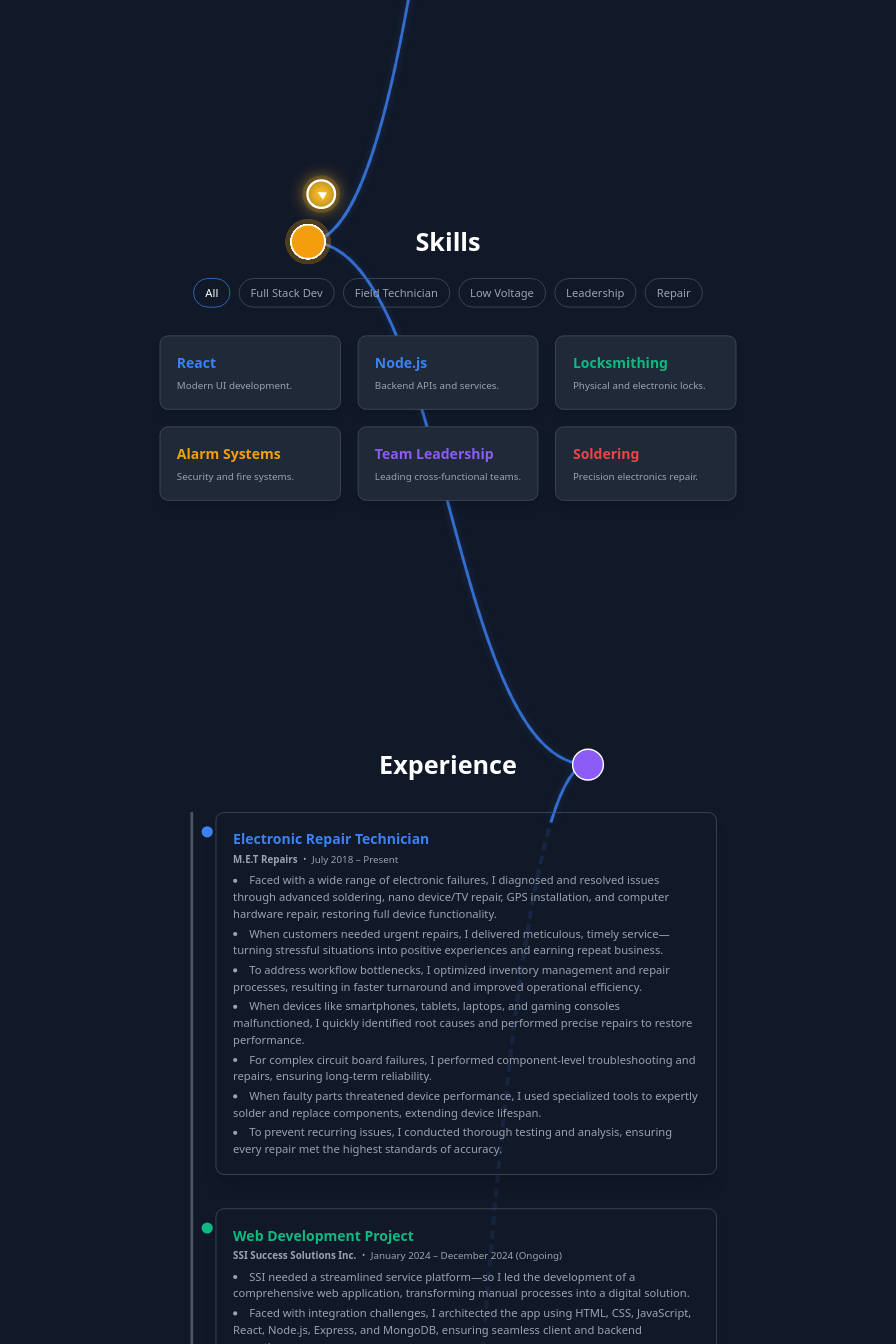
Repository: Mrguru2024/MyResumeSite
Page: /
The author's editor kept a copy of each file at every save. The page is drawn from the files as they stood at one save, then again after the next save.
The browser window is 1280 px wide. The pictures show the part of the page from y = 2086 to 4006 px (the page is 9659 px tall before and 9893 px after), at 70% of full size.
The project was rebuilt for these pictures with package versions that can differ from the ones it lists, and the page was loaded fresh each time. The framework's server and built-in components were replaced by stand-ins that run in the browser. Also part of the build but not shown: next.config.mjs.

Above is the page before, as saved 2025-05-11 18:36:00.

After the next save:
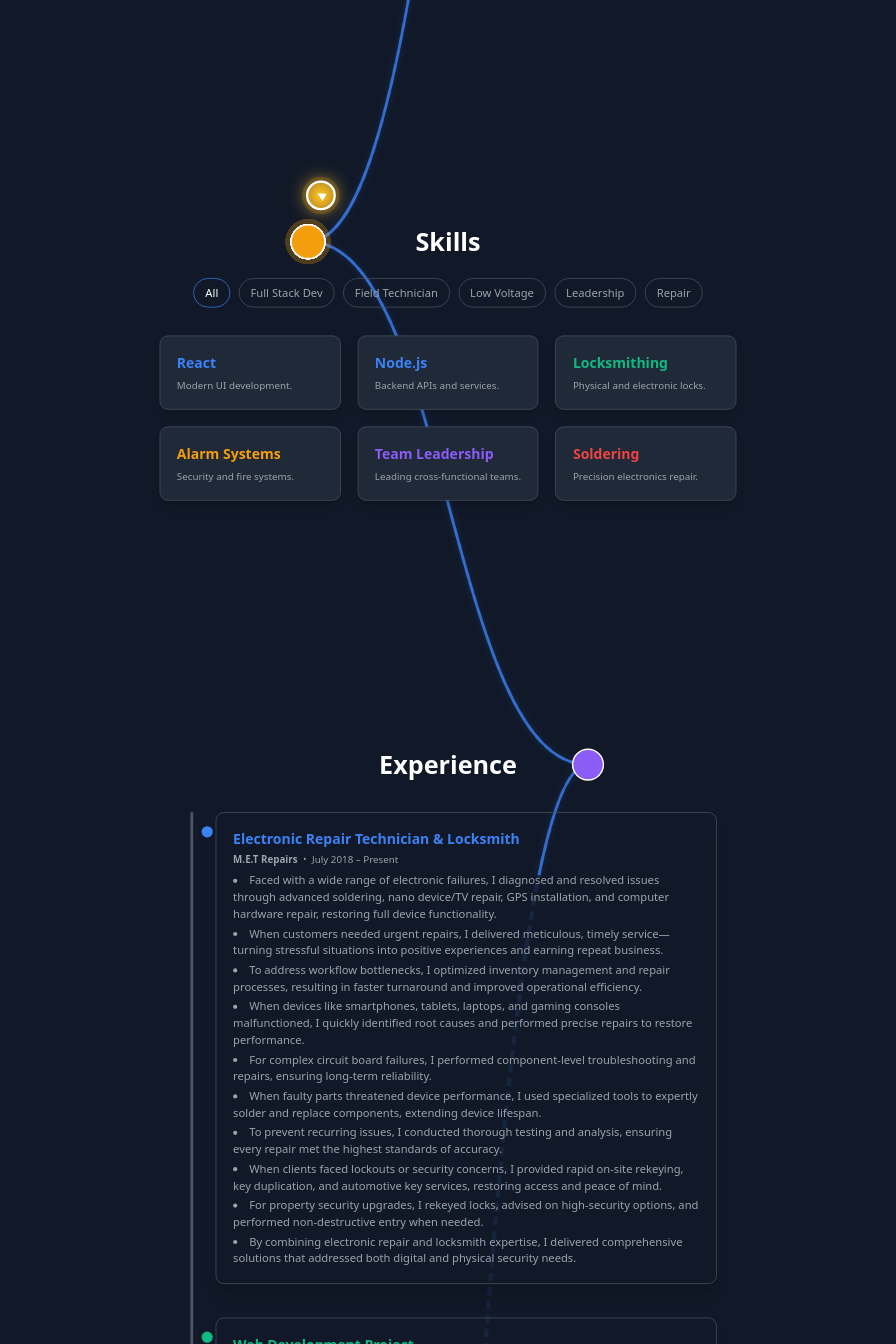
Saved 79 s later.
--- a/src/components/sections/Experience/index.tsx
+++ b/src/components/sections/Experience/index.tsx
@@ -4,7 +4,7 @@
 
 const EXPERIENCES = [
   {
-    title: "Electronic Repair Technician",
+    title: "Electronic Repair Technician & Locksmith",
     company: "M.E.T Repairs",
     dates: "July 2018 – Present",
     responsibilities: [
@@ -15,6 +15,9 @@
       "For complex circuit board failures, I performed component-level troubleshooting and repairs, ensuring long-term reliability.",
       "When faulty parts threatened device performance, I used specialized tools to expertly solder and replace components, extending device lifespan.",
       "To prevent recurring issues, I conducted thorough testing and analysis, ensuring every repair met the highest standards of accuracy.",
+      "When clients faced lockouts or security concerns, I provided rapid on-site rekeying, key duplication, and automotive key services, restoring access and peace of mind.",
+      "For property security upgrades, I rekeyed locks, advised on high-security options, and performed non-destructive entry when needed.",
+      "By combining electronic repair and locksmith expertise, I delivered comprehensive solutions that addressed both digital and physical security needs.",
     ],
     color: "skill-fullstack",
   },
